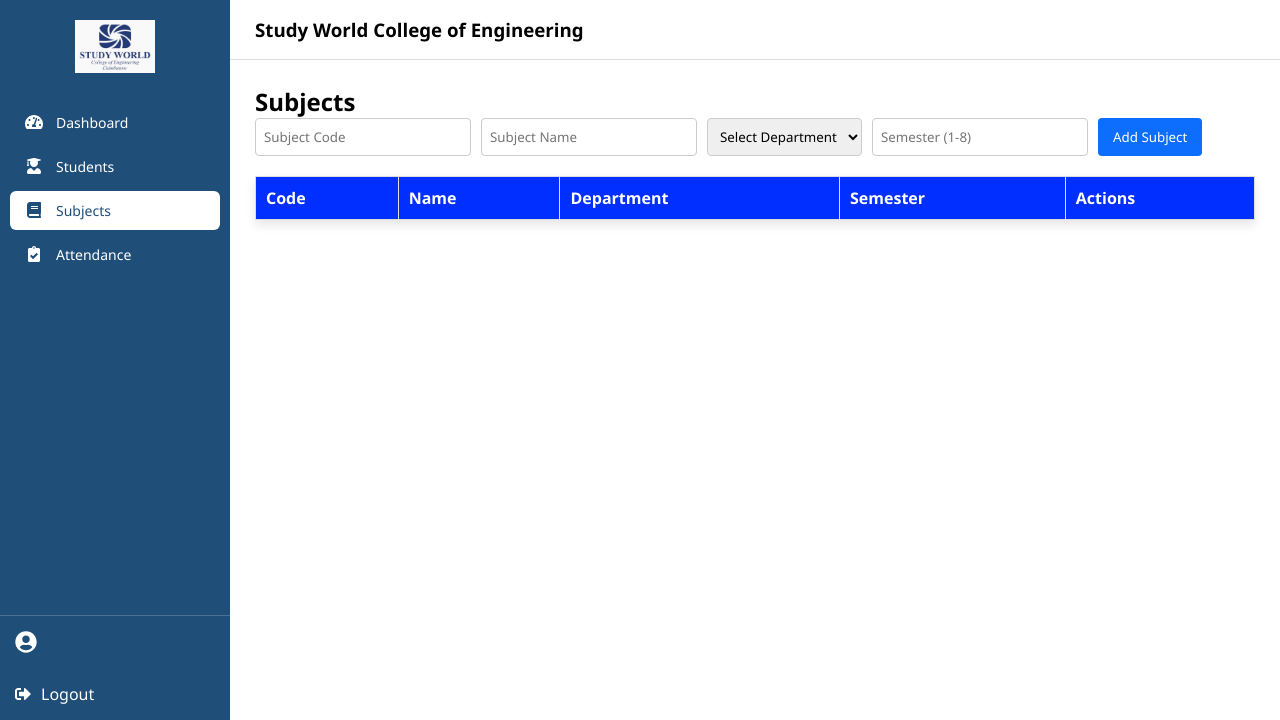
Repository: arthanarieswara/frontend
Page: /subjects
These files come from the project's save history. The page is drawn as it stood at one moment and after the next save; the edit follows.
The browser window is 1280 px wide. The pictures show the whole page.
The page's requests for data from a server got no answer. The project was rebuilt for these pictures with package versions that can differ from the ones it lists, and the page was loaded fresh each time. No one was signed in, and anything a server would have sent is missing. Also part of the build but not shown: vite.config.js, src/pages/auth/Login.jsx, src/pages/dashboard/Dashboard.css, src/pages/dashboard/Dashboard.jsx, src/pages/departments/Departments.jsx, src/pages/students/Students.css, src/pages/students/Students.jsx, src/pages/faculty/Faculty.css and 8 more.

Above is the page before, as saved 2026-04-01 15:33:52.

### index.html
<!doctype html>
<html lang="en">
  <head>
    <meta charset="UTF-8" />
    <link rel="icon" type="image/svg+xml" href="/college-logo.png" />
    <meta name="viewport" content="width=device-width, initial-scale=1.0" />
    <title>SWMS</title>
  </head>
  <body>
    <div id="root"></div>
    <script type="module" src="/src/main.jsx"></script>
  </body>
</html>

### src/App.jsx
import AppRoutes from "./routes/AppRoutes";

function App() {
  return <AppRoutes />;
}

export default App;

### src/routes/AppRoutes.jsx
import { BrowserRouter, Routes, Route } from "react-router-dom";

import Login from "../pages/auth/Login";
import Dashboard from "../pages/dashboard/Dashboard";
import Departments from "../pages/departments/Departments";
import Students from "../pages/students/Students";
import Faculty from "../pages/faculty/Faculty";
import Subjects from "../pages/Subjects/Subjects";
import Attendance from "../pages/Attendance/Attendance";
import Users from "../pages/users/Users";
import UserMapping from "../pages/UserMapping/UserMapping"; // ✅ NEW
import FacultyAttendance from "../pages/faculty/FacultyAttendance";
function AppRoutes() {
  return (
    <BrowserRouter>
      <Routes>
        <Route path="/" element={<Login />} />
        <Route path="/dashboard" element={<Dashboard />} />
        <Route path="/departments" element={<Departments />} />
        <Route path="/students" element={<Students />} />
        <Route path="/faculty" element={<Faculty />} />
        <Route path="/subjects" element={<Subjects />} />
        <Route path="/attendance" element={<Attendance />} />
        <Route path="/users" element={<Users />} />
        <Route path="/faculty-attendance" element={<FacultyAttendance />} />

        {/* ✅ NEW ROUTE */}
        <Route path="/mapping" element={<UserMapping />} />
      </Routes>
    </BrowserRouter>
  );
}

export default AppRoutes;

### src/pages/Subjects/Subjects.jsx
import { useEffect, useState } from "react";
import Layout from "../../components/Layout";
import api from "../../api/api";
import "./Subjects.css";

function Subjects() {

  const [subjects, setSubjects] = useState([]);
  const [departments, setDepartments] = useState([]);

  const [code, setCode] = useState("");
  const [name, setName] = useState("");
  const [department, setDepartment] = useState("");
  const [semester, setSemester] = useState("");

  const [editingId, setEditingId] = useState(null);


  /* FETCH SUBJECTS */

  const fetchSubjects = async () => {

    const res = await api.get("/subjects");
    setSubjects(res.data);

  };


  /* FETCH DEPARTMENTS */

  const fetchDepartments = async () => {

    const res = await api.get("/departments");
    setDepartments(res.data);

  };


  useEffect(() => {

    fetchSubjects();
    fetchDepartments();

  }, []);


  /* ADD / UPDATE SUBJECT */

  const handleSubmit = async () => {

    if (!code || !name || !department || !semester) {
      alert("Please fill all fields");
      return;
    }

    const data = {
      code,
      name,
      department_id: department,
      semester_id: semester
    };

    if (editingId) {

      await api.put(`/subjects/${editingId}`, data);

    } else {

      await api.post("/subjects", data);

    }

    setCode("");
    setName("");
    setDepartment("");
    setSemester("");
    setEditingId(null);

    fetchSubjects();

  };


  /* EDIT */

  const handleEdit = (s) => {

    setEditingId(s.id);

    setCode(s.code);
    setName(s.name);
    setDepartment(s.department_id);
    setSemester(s.semester_id);

  };


  /* DELETE */

  const handleDelete = async (id) => {

    if (!window.confirm("Delete subject?")) return;

    await api.delete(`/subjects/${id}`);

    fetchSubjects();

  };


  return (

    <Layout>

      <h2>Subjects</h2>

      <div className="subject-form">

        <input
          placeholder="Subject Code"
          value={code}
          onChange={(e) => setCode(e.target.value)}
        />

        <input
          placeholder="Subject Name"
          value={name}
          onChange={(e) => setName(e.target.value)}
        />

        <select
          value={department}
          onChange={(e) => setDepartment(e.target.value)}
        >

          <option value="">Select Department</option>

          {departments.map((d) => (
            <option key={d.id} value={d.id}>
              {d.name}
            </option>
          ))}

        </select>


        {/* SEMESTER NUMBER INPUT */}

        <input
          type="number"
          placeholder="Semester (1-8)"
          value={semester}
          onChange={(e) => setSemester(e.target.value)}
        />


        <button onClick={handleSubmit}>
          {editingId ? "Update Subject" : "Add Subject"}
        </button>

      </div>


      <table className="subject-table">

        <thead>

          <tr>
            <th>Code</th>
            <th>Name</th>
            <th>Department</th>
            <th>Semester</th>
            <th>Actions</th>
          </tr>

        </thead>

        <tbody>

          {subjects.map((s) => (

            <tr key={s.id}>

              <td>{s.code}</td>
              <td>{s.name}</td>
              <td>{s.department_name}</td>
              <td>{s.semester_id}</td>

              <td>

                <button
                  className="edit-btn"
                  onClick={() => handleEdit(s)}
                >
                  Edit
                </button>

                <button
                  className="delete-btn"
                  onClick={() => handleDelete(s.id)}
                >
                  Delete
                </button>

              </td>

            </tr>

          ))}

        </tbody>

      </table>

    </Layout>

  );

}

export default Subjects;

### src/api/api.js
import axios from "axios";

const api = axios.create({
  baseURL: "http://localhost:5000/api",
});

/* ✅ Attach token automatically */
api.interceptors.request.use((config) => {
  const token = localStorage.getItem("token");

  if (token) {
    config.headers.Authorization = `Bearer ${token}`;
  }

  return config;
});

export default api;

### src/pages/auth/Login.css
*{
  margin:0;
  padding:0;
  box-sizing:border-box;
  font-family:"Segoe UI",sans-serif;
}

/* ANIMATED BACKGROUND */

.login-wrapper{
  height:100vh;
  display:flex;
  justify-content:center;
  align-items:center;
  background:linear-gradient(270deg,#0f4c81,#3a8bfd,#1a6ed8);
  background-size:600% 600%;
  animation:gradientBG 10s ease infinite;
}

@keyframes gradientBG{
  0%{background-position:0% 50%}
  50%{background-position:100% 50%}
  100%{background-position:0% 50%}
}

/* LOGIN CARD */

.login-card{
  width:420px;
  padding:40px;
  border-radius:12px;
  background:rgba(255,255,255,0.15);
  backdrop-filter:blur(15px);
  box-shadow:0 15px 40px rgba(0,0,0,0.3);
  text-align:center;
  color:white;
}

/* COLLEGE HEADER */

.college-logo{
  width:70px;
  margin-bottom:10px;
}

.college-header h1{
  font-size:20px;
  margin-bottom:5px;
}

.college-header p{
 font-size:13px;
  opacity:0.9;
}

.college-header span{
  font-size:12px;
  opacity:0.8;
}

.college-header{
  margin-bottom:30px;
}

/* INPUT GROUP */

.input-group{

  position:relative;
  margin-bottom:20px;
}

.input-group input{
  width:100%;
  padding:12px;
  border:none;
  border-radius:6px;
  outline:none;
  font-size:14px;
}

/* FLOATING LABEL */

.input-group label{
  position:absolute;
  left:12px;
  top:50%;
  transform:translateY(-50%);
  color:#000000;
  font-size:14px;
  pointer-events:none;
  transition:0.3s;
}

.input-group input:focus + label,
.input-group input:not(:placeholder-shown) + label{
  top:-8px;
  /* background:white; */
  padding:0 5px;
  font-size:15px;
  color:white;
}

/* PASSWORD ICON */

.password-group{
 position:relative;
}

.eye-icon{
  position:absolute;
  right:10px;
  top:50%;
  transform:translateY(-50%);
  cursor:pointer;
  color:#444;
}

/* BUTTON */

.login-btn{
  width:100%;
  padding:12px;
  border:none;
  border-radius:6px;
  background:white;
  color:#0f4c81;
  font-size:16px;
  font-weight:bold;
  cursor:pointer;
  transition:all 0.3s;
}

.login-btn:hover{
  transform:translateY(-2px);
  box-shadow:0 5px 15px rgba(0,0,0,0.3);
}

### src/components/Layout.jsx
import { useState } from "react";
import Sidebar from "./Sidebar";
import Navbar from "./Navbar";

function Layout({ children }) {

  const [collapsed,setCollapsed] = useState(false);

  return (

    <div style={{display:"flex"}}>

      <Sidebar collapsed={collapsed} />

      <div style={{flex:1}}>

        <Navbar toggleSidebar={()=>setCollapsed(!collapsed)} />

        <div style={{padding:"25px"}}>
          {children}
        </div>

      </div>

    </div>

  );

}

export default Layout;

### src/pages/departments/Departments.css
.departments h2 {
    margin-bottom: 20px;
}

.add-section {
    display: flex;
    gap: 10px;
    margin-bottom: 20px;
}

.add-section input {
    padding: 10px;
    border: 1px solid #ccc;
    border-radius: 5px;
}

.add-section button {
    background: #0f4c81;
    color: white;
    border: none;
    padding: 10px 15px;
    border-radius: 5px;
    cursor: pointer;
}

table {
    width: 100%;
    border-collapse: collapse;
    background: white;
    box-shadow: 0 5px 10px rgba(0, 0, 0, 0.1);
}

th,
td {
    padding: 12px;
    border-bottom: 1px solid #ddd;
    text-align: left;
}

.delete-btn {
    background: red;
    color: white;
    border: none;
    padding: 6px 10px;
    border-radius: 4px;
    cursor: pointer;
}

.edit-btn {
    background: #0f4c81;
    color: white;
    border: none;
    padding: 6px 10px;
    border-radius: 4px;
    cursor: pointer;
    margin: 10px;
}

### src/pages/Subjects/Subjects.css
.subject-form {
  display: flex;
  gap: 10px;
  margin-bottom: 20px;
}

.subject-form input,
.subject-form select {
  padding: 8px;
  border: 1px solid #ccc;
  border-radius: 4px;
}

.subject-form button {
  background-color: #0d6efd;
  color: white;
  border: none;
  padding: 8px 15px;
  border-radius: 4px;
  cursor: pointer;
}

.subject-form button:hover {
  background-color: #084298;
}

.subject-table {
  width: 100%;
  border-collapse: collapse;
}

.subject-table th,
.subject-table td {
  border: 1px solid #ddd;
  padding: 10px;
  text-align: left;
}

.subject-table th {
  background-color: #002fff;
}

.edit-btn {
  background-color: orange;
  border: none;
  padding: 5px 10px;
  margin-right: 5px;
  cursor: pointer;
}

.delete-btn {
  background-color: red;
  border: none;
  padding: 5px 10px;
  color: white;
  cursor: pointer;
}

### src/pages/faculty/FacultyAttendance.css
.faculty-attendance {
  padding: 25px;
}

/* HEADER */
.header {
  display: flex;
  justify-content: space-between;
  align-items: center;
  margin-bottom: 20px;
}

.actions {
  display: flex;
  gap: 10px;
}

.actions input {
  padding: 8px;
  border-radius: 6px;
  border: 1px solid #ccc;
}

.actions button {
  background: #1e5eff;
  color: white;
  border: none;
  padding: 8px 14px;
  border-radius: 6px;
  cursor: pointer;
}

.actions button:hover {
  background: #1748c7;
}

.secondary-btn {
  background: #28a745;
}

.secondary-btn:hover {
  background: #1e7e34;
}

/* TABLE */
.table-container {
  background: white;
  border-radius: 10px;
  box-shadow: 0 2px 10px rgba(0,0,0,0.08);
  overflow: hidden;
}

table {
  width: 100%;
  border-collapse: collapse;
}

thead {
  background: #1e5eff;
  color: white;
}

th, td {
  padding: 12px;
}

tbody tr:nth-child(even) {
  background: #f5f7fb;
}

tbody tr:hover {
  background: #eef2ff;
}

/* STATUS COLORS */
.status-dropdown.Present {
  background: #d4edda;
}

.status-dropdown.Absent {
  background: #f8d7da;
}

/* TIME INPUTS */
.time-inputs {
  display: flex;
  gap: 10px;
}

/* REPORT */
.report-section {
  margin-top: 30px;
}

.cards {
  display: flex;
  gap: 15px;
  flex-wrap: wrap;
}

.card {
  background: white;
  padding: 15px;
  border-radius: 8px;
  box-shadow: 0 2px 8px rgba(0,0,0,0.1);
  min-width: 120px;
  text-align: center;
}

.card.total {
  background: #1e5eff;
  color: white;
}

### src/components/Sidebar.jsx
import { NavLink, useNavigate } from "react-router-dom";
import {
  FaTachometerAlt,
  FaUniversity,
  FaUserGraduate,
  FaChalkboardTeacher,
  FaBook,
  FaClipboardCheck,
  FaSignOutAlt,
  FaUserCircle,
  FaUsers,
  FaProjectDiagram,
} from "react-icons/fa";

import "./Sidebar.css";

function Sidebar({ collapsed }) {
  const navigate = useNavigate();

  const user = JSON.parse(localStorage.getItem("user"));
  const role = user?.role;

  const handleLogout = () => {
    localStorage.removeItem("token");
    localStorage.removeItem("user");
    navigate("/");
  };

  return (
    <div className="main-content">
      <div className={`sidebar ${collapsed ? "collapsed" : ""}`}>
        <div className="sidebar-header">
          <img src="/college-logo.png" className="sidebar-logo" />
        </div>

        <nav className="menu">
          {/* COMMON (ADMIN + FACULTY) */}
          <NavLink to="/dashboard" className="menu-item">
            <FaTachometerAlt />
            <span>Dashboard</span>
          </NavLink>

          <NavLink to="/students" className="menu-item">
            <FaUserGraduate />
            <span>Students</span>
          </NavLink>

          <NavLink to="/subjects" className="menu-item">
            <FaBook />
            <span>Subjects</span>
          </NavLink>

          <NavLink to="/attendance" className="menu-item">
            <FaClipboardCheck />
            <span>Attendance</span>
          </NavLink>

          {/* ADMIN ONLY */}
          {role === "Admin" && (
            <>
              <NavLink to="/departments" className="menu-item">
                <FaUniversity />
                <span>Departments</span>
              </NavLink>

              <NavLink to="/faculty" className="menu-item">
                <FaChalkboardTeacher />
                <span>Faculty</span>
              </NavLink>

              <NavLink to="/users" className="menu-item">
                <FaUsers />
                <span>Users</span>
              </NavLink>

              <NavLink to="/mapping" className="menu-item">
                <FaProjectDiagram />
                <span>Mapping</span>
              </NavLink>

              <NavLink to="/faculty-attendance" className="menu-item">
                <FaClipboardCheck />
                <span>Faculty Attendance</span>
              </NavLink>
            </>
          )}
        </nav>

        {/* PROFILE + LOGOUT */}

        <div className="bottom-section">
          <div className="profile">
            <FaUserCircle className="profile-icon" />
            <span>{role}</span>
          </div>

          <div className="logout" onClick={handleLogout}>
            <FaSignOutAlt />
            <span>Logout</span>
          </div>
        </div>
      </div>
    </div>
  );
}

export default Sidebar;

### src/components/Navbar.jsx
import { FaBars } from "react-icons/fa";
import "./Navbar.css";

function Navbar({ toggleSidebar }) {

    return (

        <div className="navbar">

            {/* <FaBars className="toggle-btn" onClick={toggleSidebar} /> */}

            <h3>Study World College of Engineering</h3>

        </div>

    )

}

export default Navbar;

### src/components/Sidebar.css
.sidebar {
  width: 230px;
  height: 100vh;
  background: #1f4e79;
  color: white;
  display: flex;
  flex-direction: column;
  justify-content: space-between;
  position: fixed;
  left: 0;
  top: 0;
}

/* HEADER */

.sidebar-header {
  display: flex;
  justify-content: center;
  align-items: center;
  padding: 20px 10px;
}

.sidebar-logo {
  width: 80px;
  object-fit: contain;
}

/* MENU */

.menu {
  display: flex;
  flex-direction: column;
  gap: 5px;
  padding: 10px;
}

/* MENU ITEM */

.menu-item {
  display: flex;
  align-items: center;
  gap: 12px;
  padding: 10px 14px;
  color: white;
  text-decoration: none;
  border-radius: 6px;
  transition: 0.3s;
  font-size: 14px;
}

.menu-item svg {
  font-size: 16px;
  min-width: 20px;
}

.menu-item:hover {
  background: rgba(255, 255, 255, 0.15);
}

.menu-item.active {
  background: white;
  color: #1f4e79;
}

/* PUSH BOTTOM SECTION DOWN */

.bottom-section {
  margin-top: auto;
}

/* PROFILE */

.profile {
  display: flex;
  align-items: center;
  gap: 10px;
  padding: 15px;
  border-top: 1px solid rgba(255, 255, 255, 0.2);
}

.profile-icon {
  font-size: 22px;
}

/* LOGOUT */

.logout {
  display: flex;
  align-items: center;
  gap: 10px;
  padding: 15px;
  cursor: pointer;
  transition: 0.3s;
}

.logout:hover {
  background: rgba(255, 0, 0, 0.2);
}

.main-content {
  margin-left: 190px; /* SAME AS SIDEBAR WIDTH */
  padding: 20px;
}

### src/components/Navbar.css
.navbar{
  height:60px;
  background:white;
  border-bottom:1px solid #ddd;
  display:flex;
  align-items:center;
  padding:0 25px;
}

Loaded but not shown: src/main.jsx (common file)

After the next save:
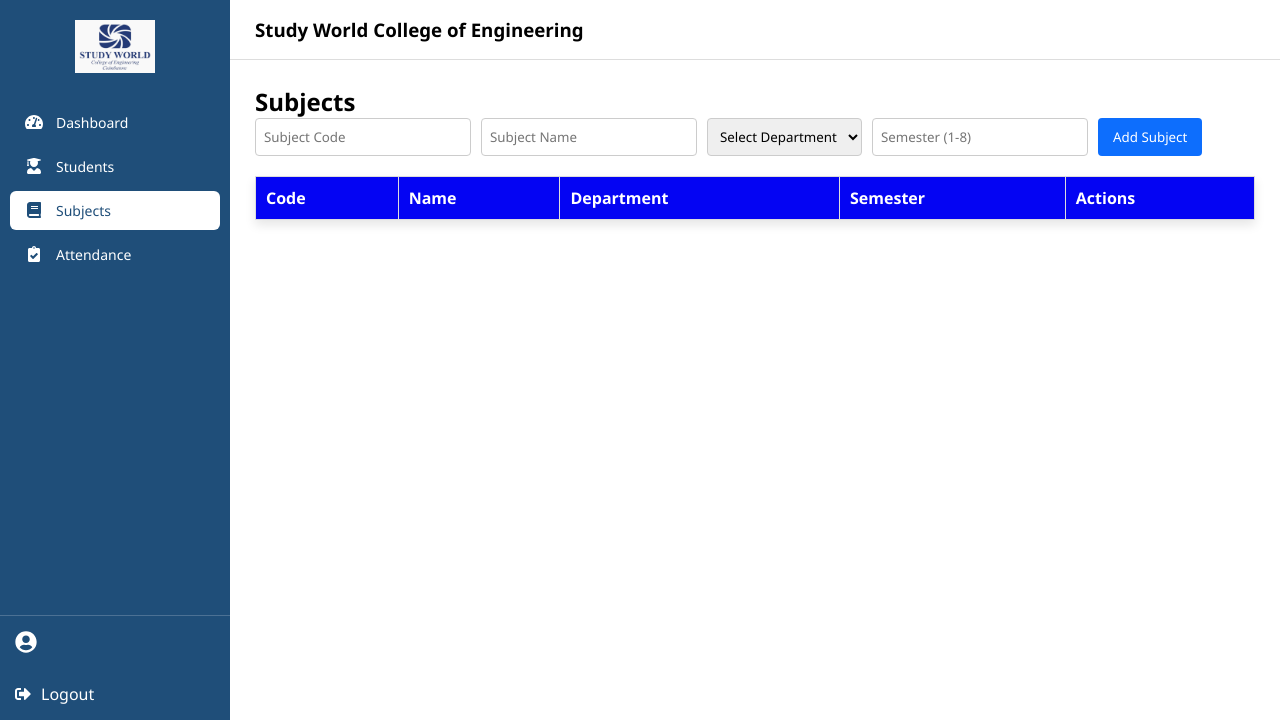
Saved 16 s later.
--- a/src/pages/Subjects/Subjects.css
+++ b/src/pages/Subjects/Subjects.css
@@ -37,7 +37,7 @@
 }
 
 .subject-table th {
-  background-color: #002fff;
+  background-color: #0400f3f3;
 }
 
 .edit-btn {
